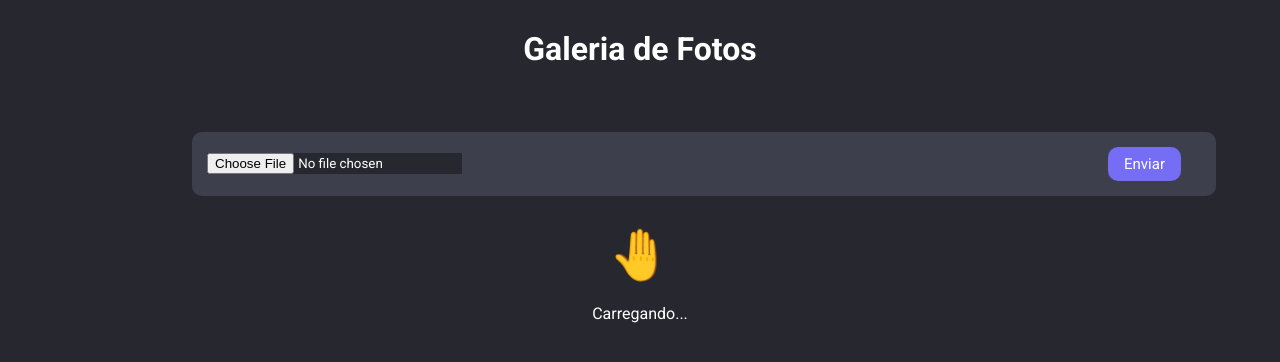
Repository: guilhermecardoso93/imagesapp
Page: /
An editor plug-in stored every save of this project. The page is shown before and after the next save, followed by the edit.
The browser window is 1280 px wide. The pictures show the whole page.
The page's requests for data from a server got no answer. The project was rebuilt for these pictures with package versions that can differ from the ones it lists, and the page was loaded fresh each time. No one was signed in, and anything a server would have sent is missing. Also part of the build but not shown: src/components/PhotoItem/styles.ts, src/components/PhotoItem/index.tsx.

Above is the page before, as saved 2022-11-14 20:13:56.

After the next save:
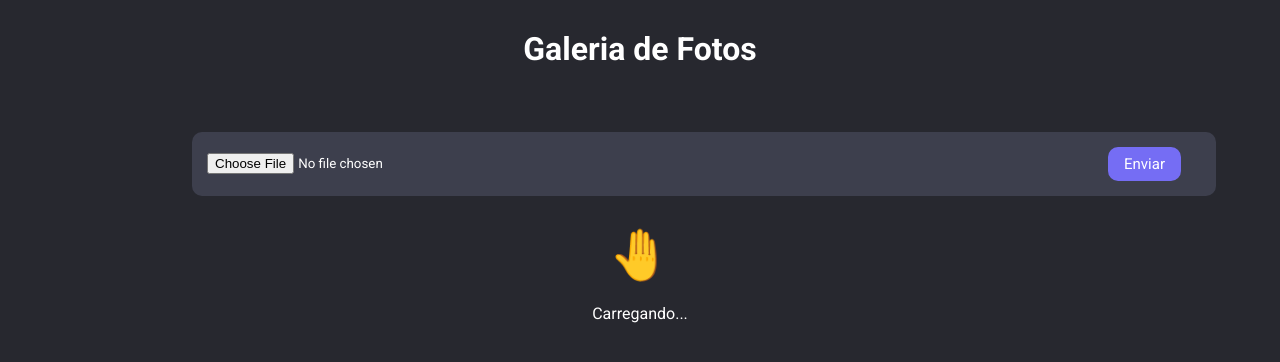
Saved 15 s later.
--- a/src/global.css
+++ b/src/global.css
@@ -4,5 +4,9 @@
   padding: 0;
 
   font-family: 'Roboto', sans-serif;
+
+}
+
+body {
   background-color: #27282f;
 }
